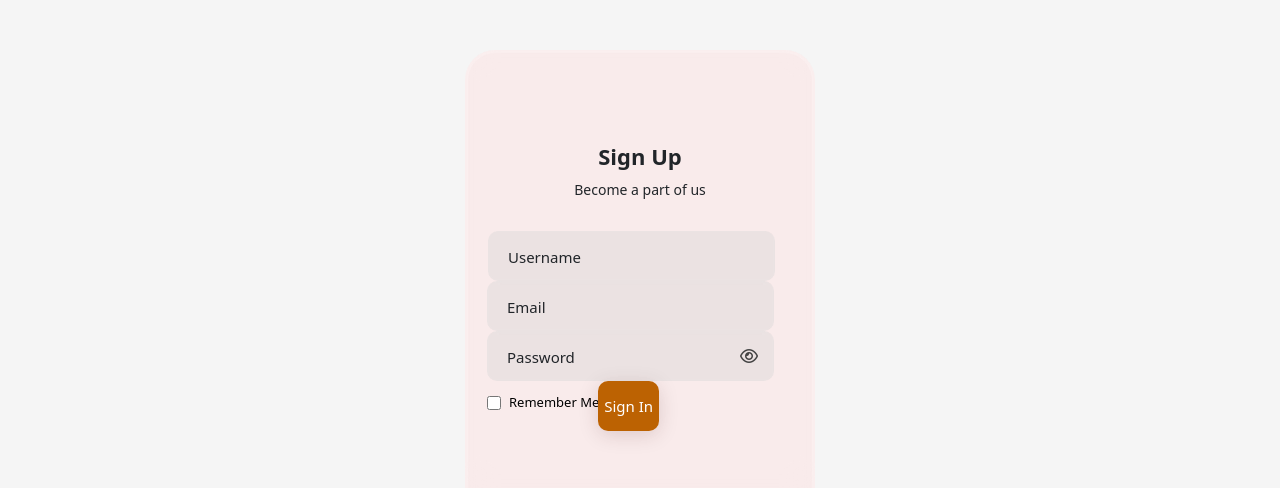
Repository: MauDucKG/BigFarm
Page: http://localhost/BigFarm/views/main/register/index.php
An editor plug-in stored every save of this project. The page is shown before and after a run of saves, followed by the edit.
The browser window is 1280 px wide. The pictures show the whole page.
Some web libraries are served in a nearby version. The page is run by PHP 8.4 with error messages shown; the project is at /var/www/html/.

Above is the page before, as saved 2023-04-26 18:39:29.

After the next 2 saves:
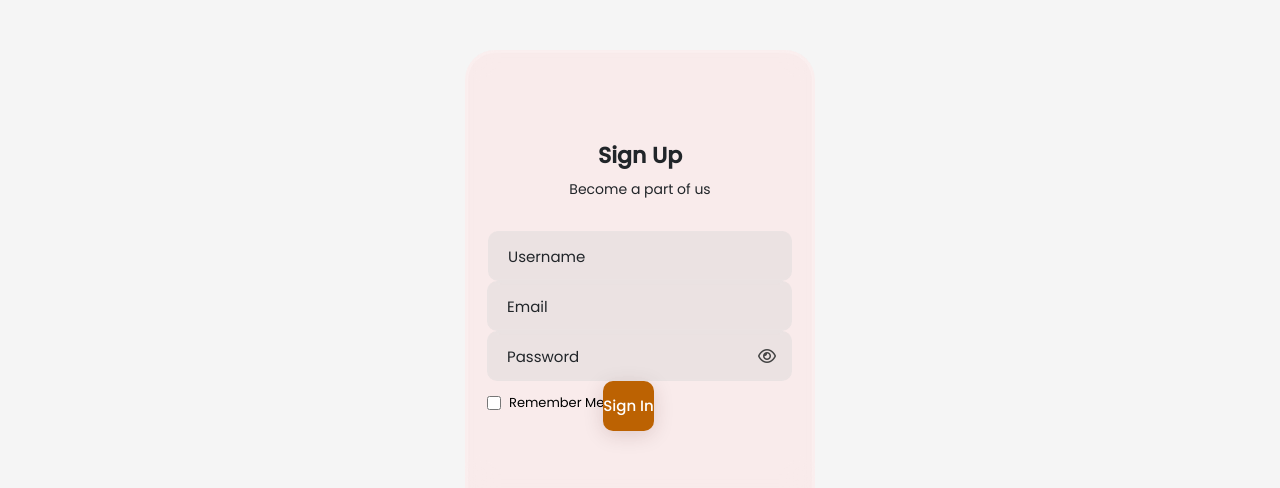
The 2 saves are shown as one change because they came seconds apart.
The last was saved 10 s later.
--- a/views/main/register/index.php
+++ b/views/main/register/index.php
@@ -10,6 +10,12 @@
     <script src="https://kit.fontawesome.com/4ccf3877a2.js" crossorigin="anonymous"></script>
     <style>
         @import url('https://fonts.googleapis.com/css2?family=Poppins:wght@400;500&display=swap');
+        *{
+    margin: 0;
+    padding: 0;
+    box-sizing: border-box;
+    font-family: 'Poppins',sans-serif;
+        }
         .wrapper{
             display: flex;
             justify-content: center;
